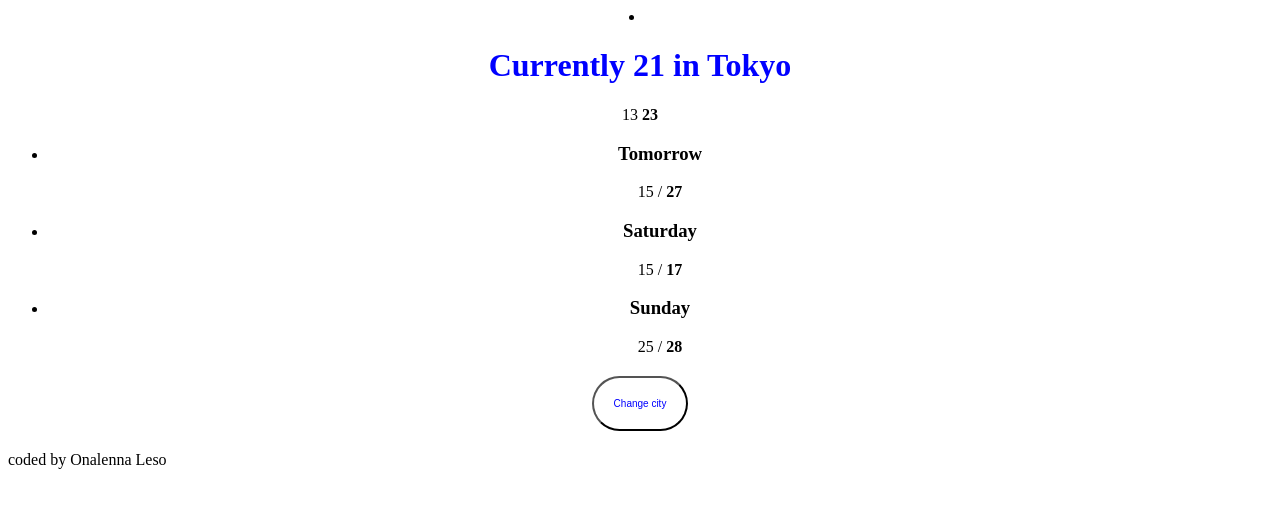
Repository: onalennaleso/empty
Page: homework w1.html
An editor plug-in stored every save of this project. The page is shown before and after the next save, followed by the edit.
The browser window is 1280 px wide. The pictures show the whole page.

Above is the page before, as saved 2024-02-02 00:13:51.

### homework w1.html
<!DOCTYPE html>
<html lang="en">

<head>
    <meta charset="UTF-8">
    <meta name="viewport" content="width=device-width, initial-scale=1.0">
    <title>Document</title>
</head>
<style>
    h1 {
        color: blue;
        text-align: center;
    }

    h3 {
        text-align: center;
    }

    ul {
        text-align: center;
    }

    li {
        text-align: center;
    }

    button {
        display: block;
        padding: 20px;
        margin: 20px auto;
        font-size: 10px;
        color: blue;
        background: transparent;
        text-align: center;
        border-radius: 30px;
        transition: all 200ms ease-in-out;
    }

    button:hover {
        background: blue;
        color: white;
        cursor: pointer;
</style>

<body>
    <li>
        <h1>
            Currently 21 in Tokyo
        </h1>
        <p> 13 <strong> 23 </strong></p>
    </li>
    <div>
        <ul>
            <li>
                <h3>
                    Tomorrow
                </h3>
                <p>15 / <strong>27 </strong></p>
            </li>
            <li>
                <h3>
                    Saturday
                </h3>
                <p> 15 / <strong> 17 </strong></p>
            </li>
            <li>
                <h3>
                    Sunday
                </h3>
                <p> 25 / <strong> 28 </strong></p>
            </li>
        </ul>
        <button>
            Change city
        </button>
        <p>
            coded by Onalenna Leso
        </p>
    </div>
</body>
</body>

</html>

After the next save:
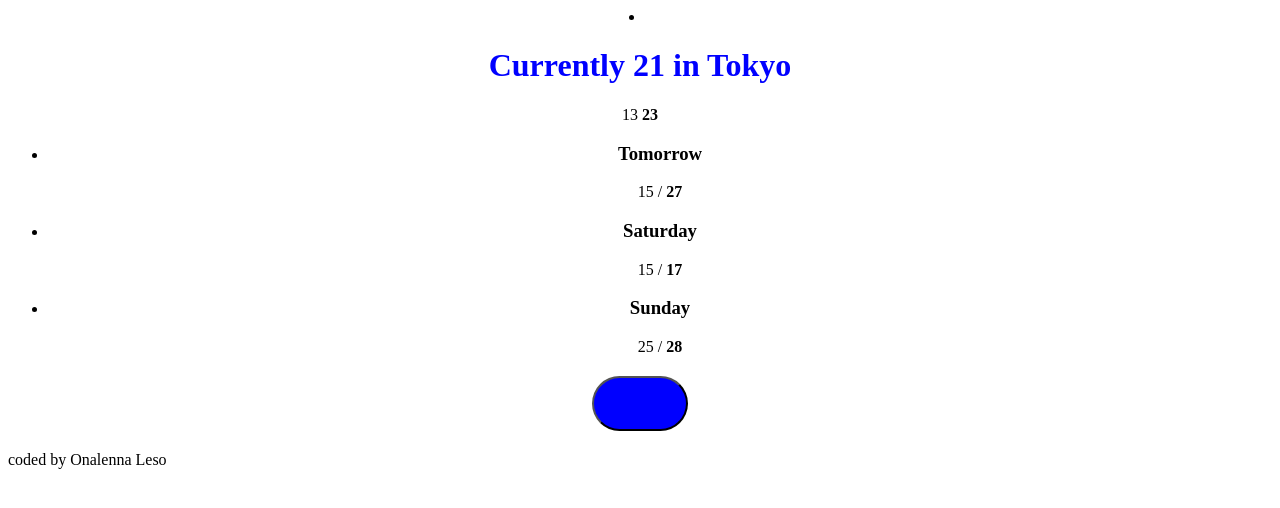
Saved 91 s later.
--- a/homework w1.html
+++ b/homework w1.html
@@ -30,7 +30,7 @@
         margin: 20px auto;
         font-size: 10px;
         color: blue;
-        background: transparent;
+        background: blue;
         text-align: center;
         border-radius: 30px;
         transition: all 200ms ease-in-out;
